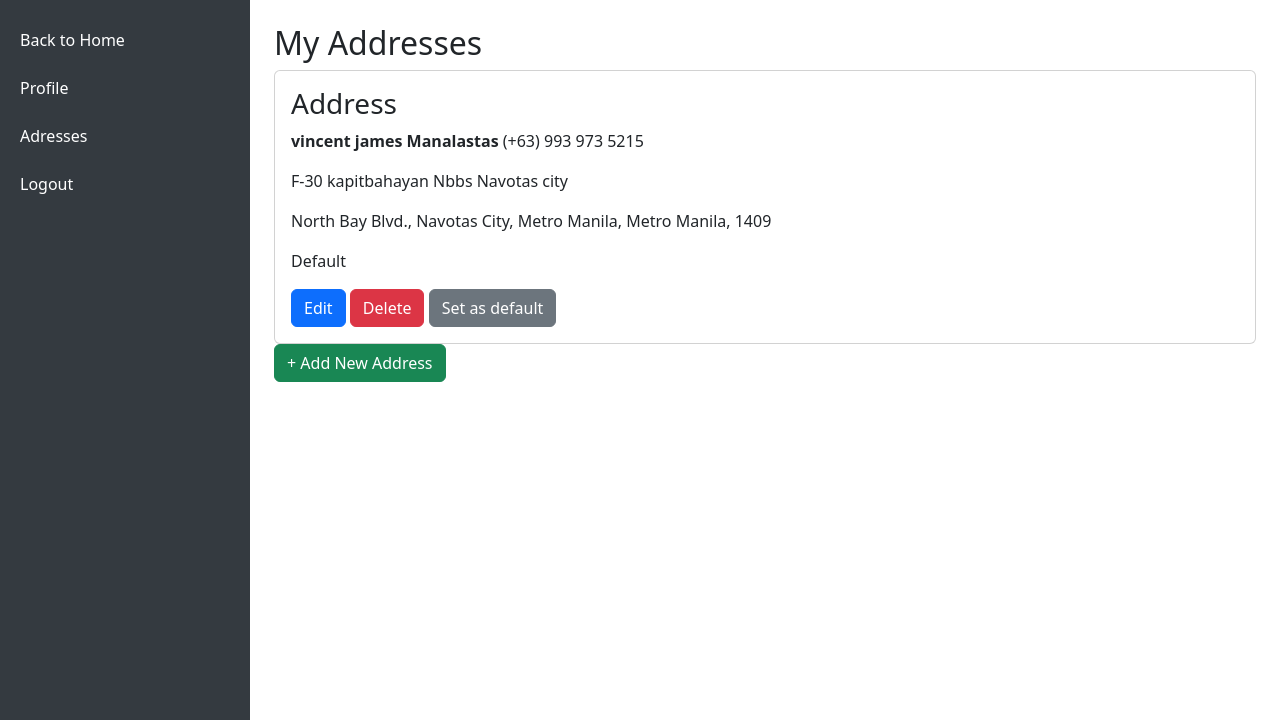
Repository: Darkrepo23/Ecommerce-Manalastas-project
Page: adress.html
The author's editor kept a copy of each file at every save. The page is drawn from the files as they stood at one save, then again after the next save.
The browser window is 1280 px wide. The pictures show the whole page.
Some web libraries are served in a nearby version.

Above is the page before, as saved 2026-01-06 07:14:30.

After the next save:
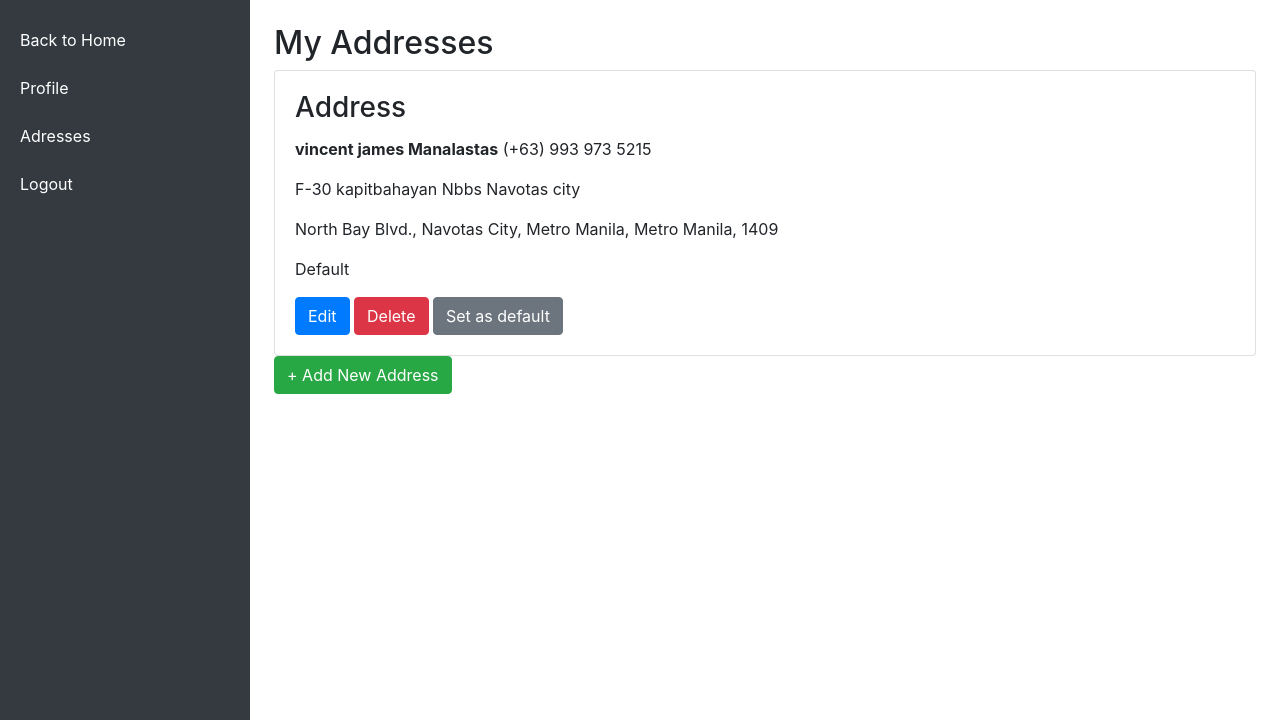
Saved 23 s later.
--- a/adress.html
+++ b/adress.html
@@ -8,6 +8,7 @@
 
     <!-- Bootstrap CSS -->
     <link href="https://cdn.jsdelivr.net/npm/bootstrap@5.3.3/dist/css/bootstrap.min.css" rel="stylesheet">
+    <link rel="stylesheet" href="https://stackpath.bootstrapcdn.com/bootstrap/4.5.2/css/bootstrap.min.css">
 
     <style>
         /* Sidebar for desktop */
@@ -77,28 +78,28 @@
     <!-- MAIN CONTENT -->
     <div class="content p-4">
         <div>
-  <h2>My Addresses</h2>
-  <div class="card">
-    <div class="card-body">
-      <h3 class="card-title">Address</h3>
-      <p class="card-text"><strong>vincent james Manalastas</strong> (+63) 993 973 5215</p>
-      <p class="card-text">F-30 kapitbahayan Nbbs Navotas city</p>
-      <p class="card-text">North Bay Blvd., Navotas City, Metro Manila, Metro Manila, 1409</p>
-      <p class="card-text">Default</p>
-      <button class="btn btn-primary">Edit</button>
-      <button class="btn btn-danger">Delete</button>
-      <button class="btn btn-secondary">Set as default</button>
-    </div>
-  </div>
-  <button class="btn btn-success">+ Add New Address</button>
-</div>
+            <h2>My Addresses</h2>
+            <div class="card">
+                <div class="card-body">
+                    <h3 class="card-title">Address</h3>
+                    <p class="card-text"><strong>vincent james Manalastas</strong> (+63) 993 973 5215</p>
+                    <p class="card-text">F-30 kapitbahayan Nbbs Navotas city</p>
+                    <p class="card-text">North Bay Blvd., Navotas City, Metro Manila, Metro Manila, 1409</p>
+                    <p class="card-text">Default</p>
+                    <button class="btn btn-primary">Edit</button>
+                    <button class="btn btn-danger">Delete</button>
+                    <button class="btn btn-secondary">Set as default</button>
+                </div>
+            </div>
+            <button class="btn btn-success">+ Add New Address</button>
+        </div>
     </div>
 
     <!-- Bootstrap JS -->
     <script src="https://cdn.jsdelivr.net/npm/bootstrap@5.3.3/dist/js/bootstrap.bundle.min.js"></script>
     <script src="https://code.jquery.com/jquery-3.5.1.slim.min.js"></script>
-<script src="https://cdn.jsdelivr.net/npm/@popperjs/core@2.5.3/dist/umd/popper.min.js"></script>
-<script src="https://stackpath.bootstrapcdn.com/bootstrap/4.5.2/js/bootstrap.min.js"></script>
+    <script src="https://cdn.jsdelivr.net/npm/@popperjs/core@2.5.3/dist/umd/popper.min.js"></script>
+    <script src="https://stackpath.bootstrapcdn.com/bootstrap/4.5.2/js/bootstrap.min.js"></script>
 </body>
 
 </html>
